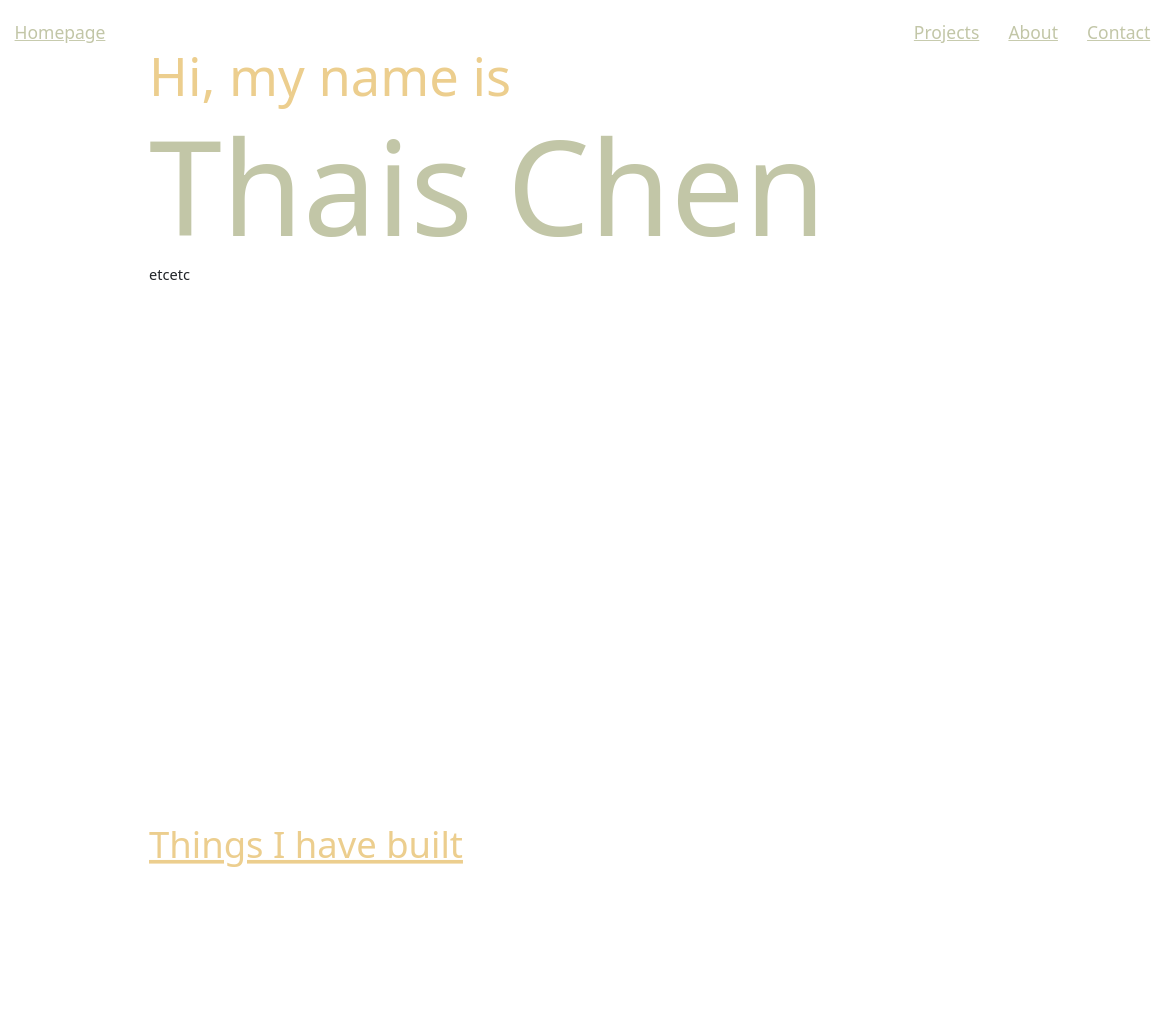
Repository: thais-chen/Portfolio
Page: index.html
The author's editor kept a copy of each file at every save. The page is drawn from the files as they stood at one save, then again after a run of saves.
The browser window is 1280 px wide. The pictures show the whole page, at 91% of full size.

Above is the page before, as saved 2022-06-17 19:04:09.

### index.html
<!DOCTYPE html>
<html lang="en">
  <head>
    <meta charset="UTF-8">
    <meta name="viewport" content="width=device-width, initial-scale=1.0">
    <meta http-equiv="X-UA-Compatible" content="ie=edge">
    <title>Thais Chen</title>
    <!-- CSS only -->
<link href="https://cdn.jsdelivr.net/npm/bootstrap@5.2.0-beta1/dist/css/bootstrap.min.css" rel="stylesheet"
    integrity="sha384-0evHe/X+R7YkIZDRvuzKMRqM+OrBnVFBL6DOitfPri4tjfHxaWutUpFmBp4vmVor" crossorigin="anonymous">
<link rel="stylesheet" href="./style.css">
  </head>
  <body>
    <header>
        <nav  class="navbar">
            <ul>
                <li class="nav-icon"><a href="#contact" > Contact</a></li>
                <li><a href="#about"> About</a> </li>
                <li><a href="#projects"> Projects</a></li>
                <li style="float:left"><a href="#"> Homepage </a> </li>
            </ul>
        </nav>
    </header>
    <main>
        <div class="d-flex flex-column">
        <section id="intro">
            <h3>Hi, my name is </h3>
            <h1>Thais Chen</h1>
            <p>etcetc</p>
        </section>
        <section id="projects">
            <h3> Things I have built </h3>
            <div id="first-proj">

            </div>
        </section>
        <section id="about">

        </section>
        <section id="contact">

        </section>
    </div>
    </main>
    <!-- JavaScript Bundle with Popper -->
    <script src="https://cdn.jsdelivr.net/npm/bootstrap@5.2.0-beta1/dist/js/bootstrap.bundle.min.js" integrity="sha384-pprn3073KE6tl6bjs2QrFaJGz5/SUsLqktiwsUTF55Jfv3qYSDhgCecCxMW52nD2" crossorigin="anonymous"></script>
	<script src="script.js"></script>
  </body>
</html>

### style.css
section{
    margin: 2rem;
}
/*navbar*/
.navbar{
    display: block;
}
.navbar ul {
    list-style: none;
    padding: 0;
    margin: 0;
  }
  .navbar li {
    float: right;
  }
  .navbar li a {
    display: inline-block;
    text-align: center;
    color: #C2C6A7;
    padding: 14px 16px;
    font-size: larger;

}
/* introduction*/
#intro{
    min-height: 100vh;
}
#intro h3{
    color: #ECCE8E;
    font-size: 8vh;
    margin-bottom: 0;
    font-weight: 100;
}
#intro h1{
    color: #C2C6A7;
    font-size: 20vh;
    margin: 0;
}
/* projects */
#projects{
    padding-top: 10vh;
}
#projects h3{
    color:#ECCE8E;
    font-size: 2.5rem;
    text-decoration: underline;


}

Loaded but not shown: script.js (no copy from this time; the picture is the same without it)

After the next 2 saves:
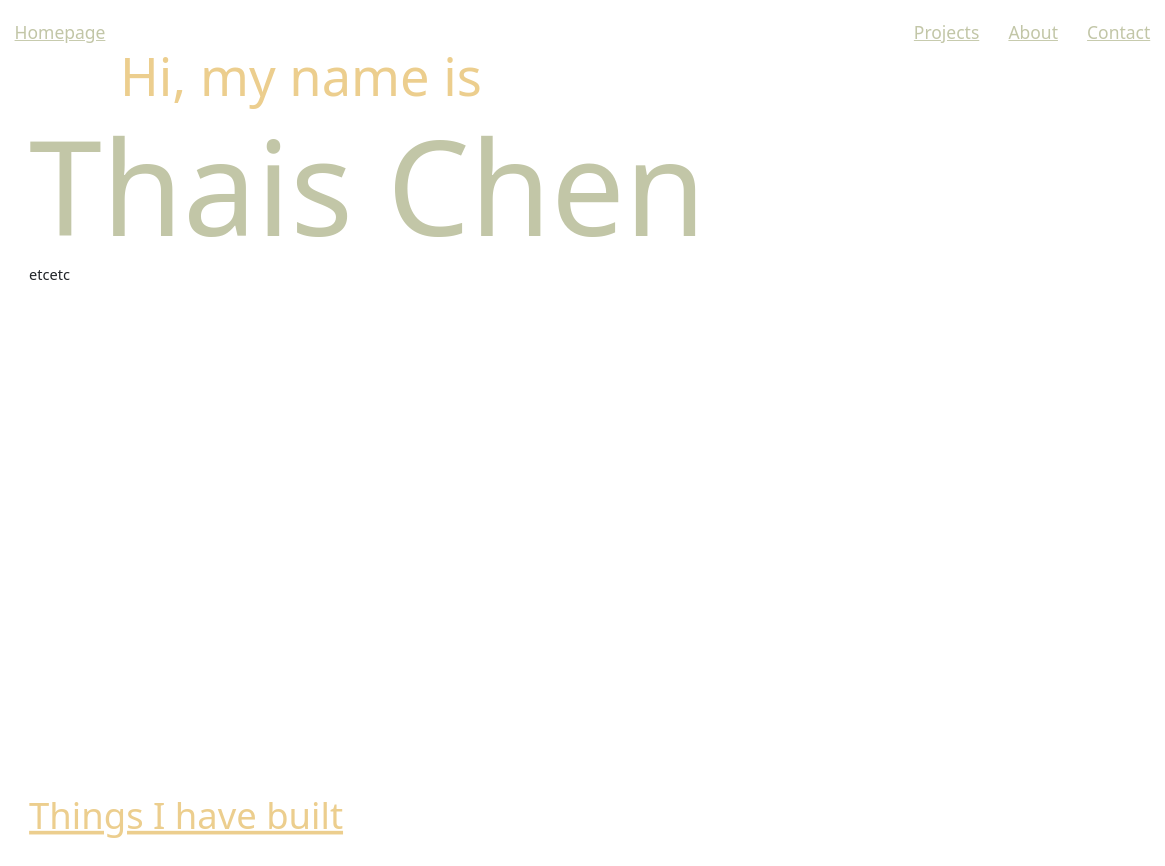
The 2 saves are shown as one change because they came seconds apart.
The last was saved 5 min 23 s later.
--- a/index.html
+++ b/index.html
@@ -22,7 +22,7 @@
         </nav>
     </header>
     <main>
-        <div class="d-flex flex-column">
+        <div>
         <section id="intro">
             <h3>Hi, my name is </h3>
             <h1>Thais Chen</h1>
